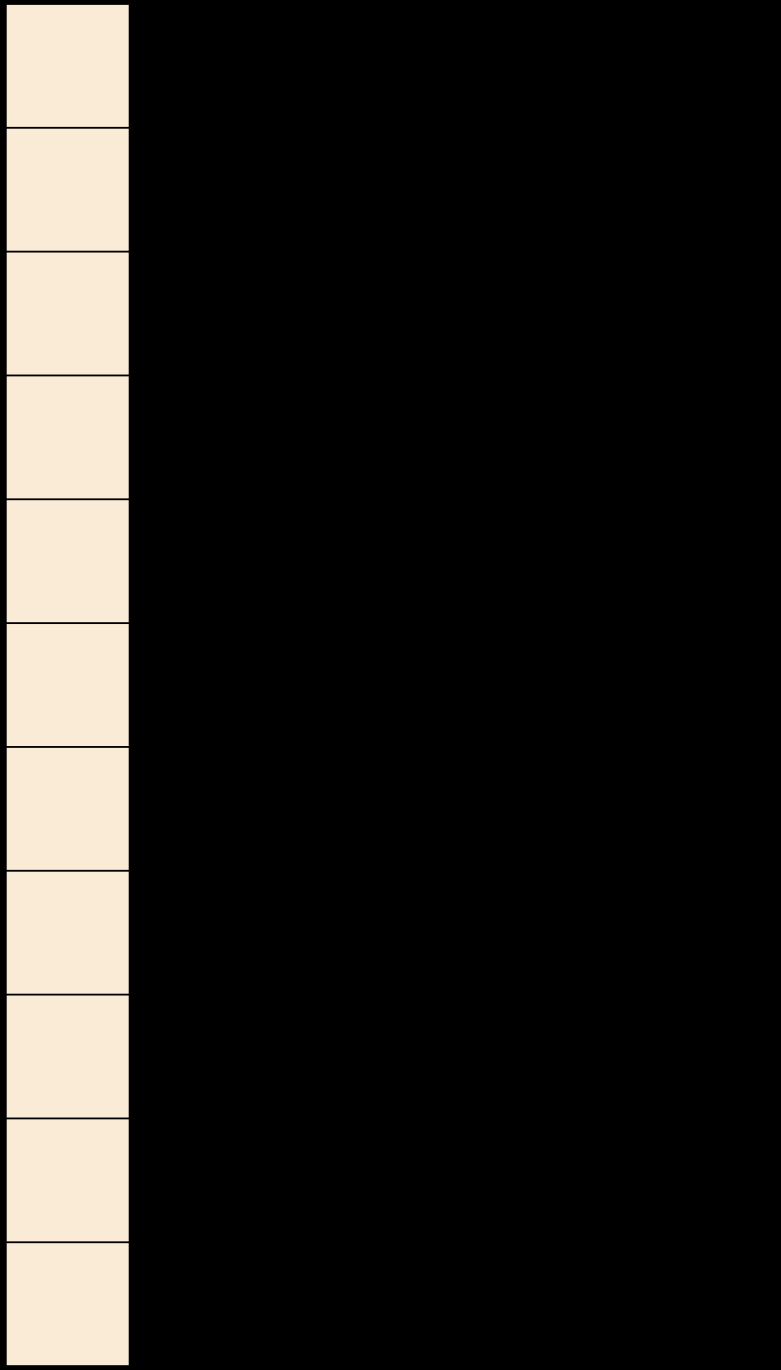
Repository: sephinejo/frontend-browser-101
Page: browser/xy.html
An editor plug-in stored every save of this project. The page is shown before and after the next save, followed by the edit.
The browser window is 1280 px wide. The pictures show the whole page, at 61% of full size.

Above is the page before, as saved 2023-05-10 14:30:13.

After the next save:
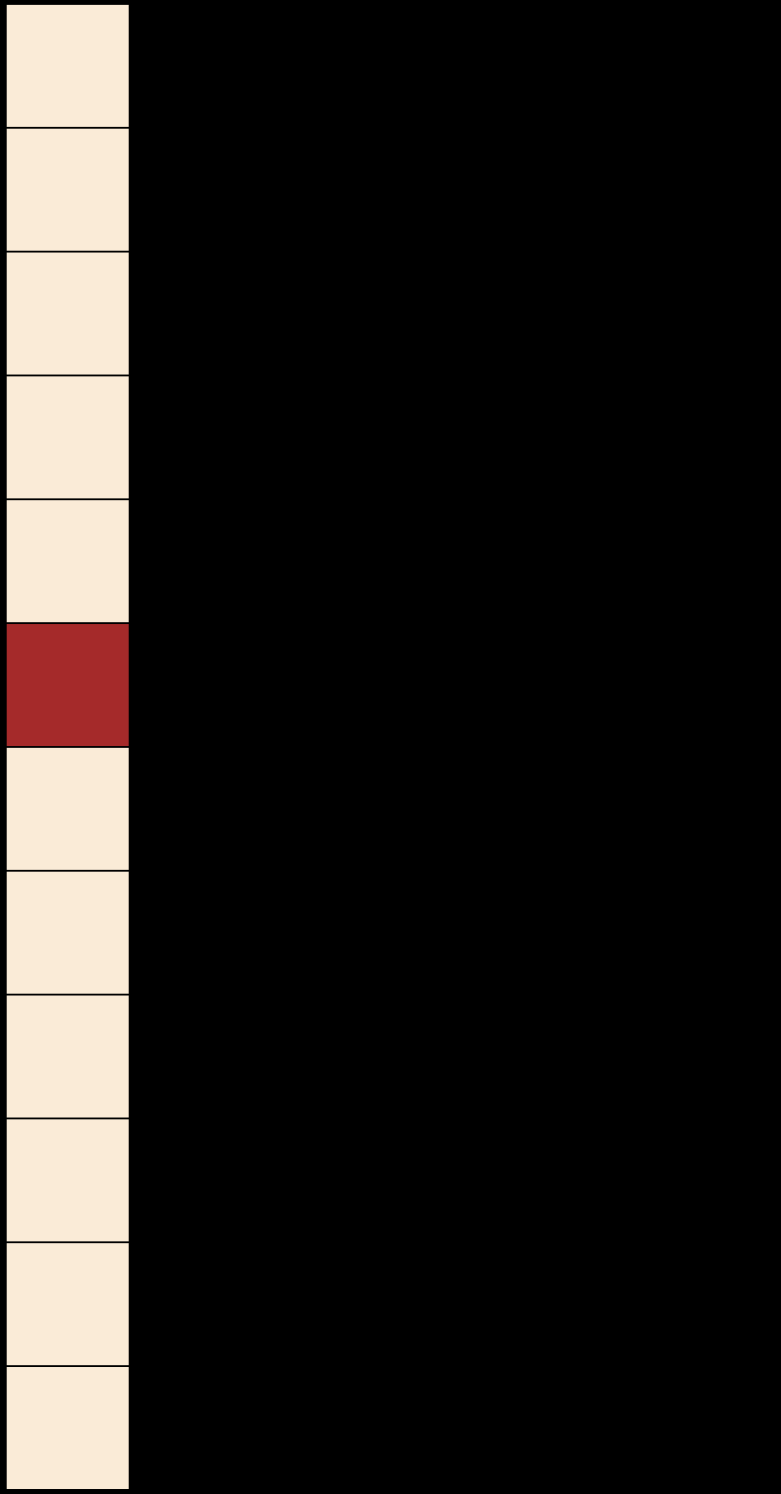
Saved 19 s later.
--- a/browser/xy.html
+++ b/browser/xy.html
@@ -15,7 +15,7 @@
         margin: 3px;
         background-color: antiquewhite;
       }
-      .box special {
+      .special {
         background-color: brown;
       }
     </style>
@@ -26,7 +26,7 @@
     <div class="box"></div>
     <div class="box"></div>
     <div class="box"></div>
-    <div class="special"></div>
+    <div class="box special"></div>
     <div class="box"></div>
     <div class="box"></div>
     <div class="box"></div>
